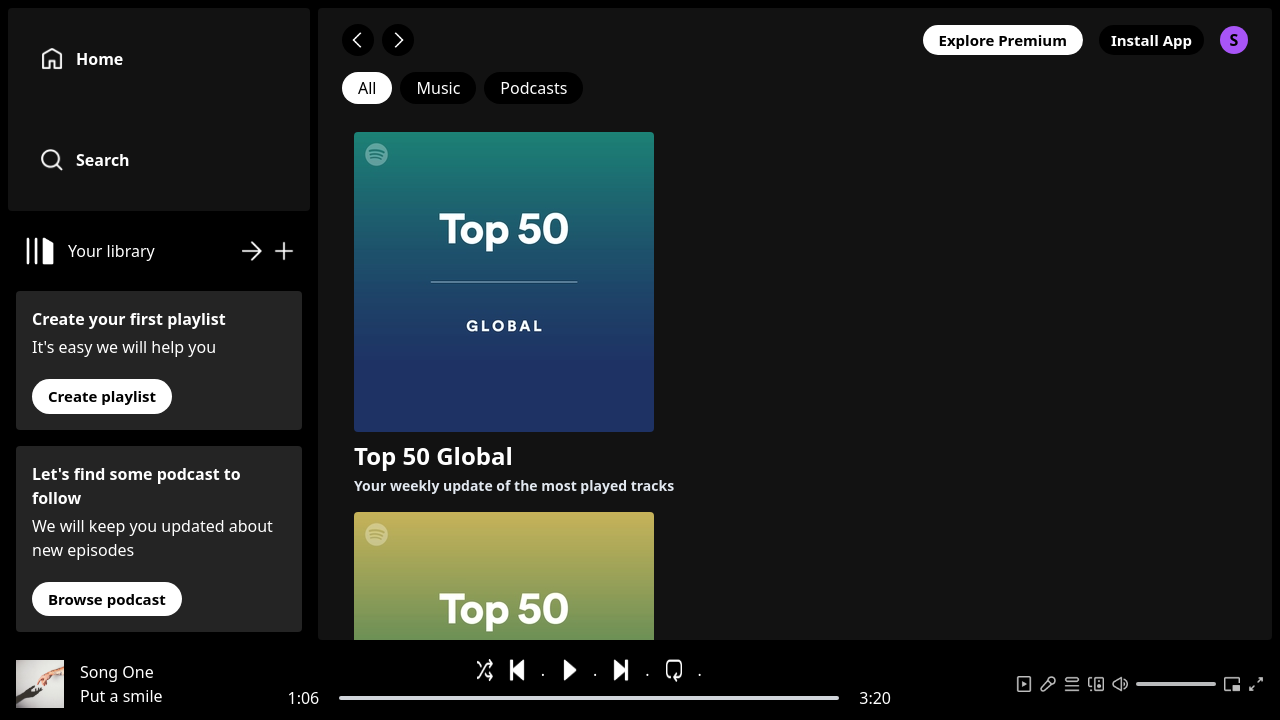
Repository: duttasayan835/Spotify_clone
Page: /
An editor plug-in stored every save of this project. The page is shown before and after the next save, followed by the edit.
The browser window is 1280 px wide. The pictures show the whole page.
An inner scrolling area shows only its first screen. The project was rebuilt for these pictures with package versions that can differ from the ones it lists, and the page was loaded fresh each time. Also part of the build but not shown: vite.config.js. Imported but missing from the stored project, and not drawn on this page: src/assets/song1.mp3, src/assets/song2.mp3, src/assets/song3.mp3.

Above is the page before, as saved 2024-08-09 23:41:48.

### src/main.jsx
import { StrictMode } from "react";
import { createRoot } from "react-dom/client";
import App from "./App.jsx";
import "./index.css";
// eslint-disable-next-line no-unused-vars
import { BrowserRouter } from "react-router-dom";

createRoot(document.getElementById("root")).render(
  <StrictMode>
    <BrowserRouter>
      <App />
    </BrowserRouter>
  </StrictMode>
);

### src/App.jsx
//<<<<<<< ⌬ Tabnine Instruct <<<<<<<
// eslint-disable-next-line no-unused-vars
import React from "react";
//>>>>>>> ⌬ Tabnine Instruct >>>>>>>
import Sidebar from "./Components/Sidebar";
import Player from "./Components/Player";
import Display from "./Components/Display";
const App = () => {
  return (
    <div className="h-screen bg-black">
      <div className="h-[90%] flex">
        <Sidebar />
        <Display />
      </div>
      <Player />
    </div>
  );
};

export default App;

### src/Components/Sidebar.jsx
// eslint-disable-next-line no-unused-vars
import React from "react";
import { assets } from "../assets/assets";
import { useNavigate } from "react-router-dom";
const sidebar = () => {
  const navigate = useNavigate();
  return (
    <div className="w-[25%] h-full p-2 flex-col gap-2 text-white hidden lg:flex ">
      <div className="bg-[#121212] h-[50%] rounded flex flex-col justify-around">
        <div
          onClick={() => navigate("/")}
          className="flex items-center gap-3 pl-8 cursor-pointer"
        >
          <img className="w-6" src={assets.home_icon} alt="" />
          <p className="font-bold ">Home</p>
        </div>
        <div className="flex items-center gap-3 pl-8 cursor-pointer">
          <img className="w-6" src={assets.search_icon} alt="" />
          <p className="font-bold ">Search</p>
        </div>
      </div>
      <div className="bg-[#121212 h-[85%] rounded">
        <div className="flex items-center justify-between p-4">
          <div className="flex items-center gap-3">
            <img className="w-8 " src={assets.stack_icon} alt="" />
            <p className="font">Your library</p>
          </div>
          <div className="flex items-center gap-3">
            <img className="w-5" src={assets.arrow_icon} alt="" />
            <img className="w-5" src={assets.plus_icon} alt="" />
          </div>
        </div>
        <div className="p-4 bg-[#242424] m-2 rounded font-semibold flex flex-col items-start justify-start gap-1 pl-4 ">
          <h1>Create your first playlist</h1>
          <p className="font-light">It's easy we will help you</p>
          <button className="px-4 py-1.5 bg-white text-[15px] text-black rounded-full mt-4">
            Create playlist
          </button>
        </div>
        <div className="p-4 bg-[#242424] m-2 rounded font-semibold flex flex-col items-start justify-start gap-1 pl-4 mt-4">
          <h1>Let's find some podcast to follow</h1>
          <p className="font-light">
            We will keep you updated about new episodes
          </p>
          <button className="px-4 py-1.5 bg-white text-[15px] text-black rounded-full mt-4">
            Browse podcast
          </button>
        </div>
      </div>
    </div>
  );
};

export default sidebar;

### src/Components/Player.jsx
// eslint-disable-next-line no-unused-vars
import React from "react";
import { assets, songsData } from "../assets/assets";

const Player = () => {
  return (
    <div className="h-[10%] bg-black flex justify-between items-center text-white px-4 ">
      <div className="hidden gap-4 lg:flex item-center ">
        <img className="w-12" src={songsData[0].image} alt="" />
        <div>
          <p>{songsData[0].name}</p>
          <p>{songsData[0].desc.slice(0, 12)}</p>
        </div>
      </div>
      <div className="flex flex-col items-center gap-1 m-auto">
        <div className="flex gap-4">
          <img
            className="w-4 cursor-pointer"
            src={assets.shuffle_icon}
            alt=""
          />
          <img className="w-4 cursor-pointer" src={assets.prev_icon} alt="" />.
          <img className="w-4 cursor-pointer" src={assets.play_icon} alt="" />.
          <img className="w-4 cursor-pointer" src={assets.next_icon} alt="" />.
          <img className="w-4 cursor-pointer" src={assets.loop_icon} alt="" />.
        </div>
        <div className="flex items-center gap-5">
          <p>1:06</p>
          <div className="w-[60vw] max-w-[500px] bg-gray-300 rounded-full cursor-pointer">
            <hr className="w-0 h-1 bg-green-800 border-none rounded-full " />
          </div>
          <p>3:20</p>
        </div>
      </div>
      <div className="items-center hidden gap-2 opacity-75 lg:flex">
        <img className="w-4" src={assets.plays_icon} alt="" />
        <img className="w-4" src={assets.mic_icon} alt="" />
        <img className="w-4" src={assets.queue_icon} alt="" />
        <img className="w-4" src={assets.speaker_icon} alt="" />
        <img className="w-4" src={assets.volume_icon} alt="" />
        <div className="w-20 h-1 rounded bg-slate-50"></div>
        <img className="w-4" src={assets.mini_player_icon} alt="" />
        <img className="w-4" src={assets.zoom_icon} alt="" />
      </div>
    </div>
  );
};

export default Player;

### src/Components/Display.jsx
// eslint-disable-next-line no-unused-vars
import React from "react";
import { Route, Routes } from "react-router-dom";
import DisplayHome from "./DisplayHome";

const Display = () => {
  return (
    <div className="w-[100%] m-2 px-6 pt-4 rounded bg-[#121212] text-white overflow-auto lg:w-[75%] lg:ml-0">
      <Routes>
        <Route path="/" element={<DisplayHome />} />
      </Routes>
    </div>
  );
};

export default Display;

### src/assets/assets.js
import bell_icon from "./bell.png";
import home_icon from "./home.png";
import like_icon from "./like.png";
import loop_icon from "./loop.png";
import mic_icon from "./mic.png";
import next_icon from "./next.png";
import play_icon from "./play.png";
import pause_icon from "./pause.png";
import plays_icon from "./plays.png";
import prev_icon from "./prev.png";
import search_icon from "./search.png";
import shuffle_icon from "./shuffle.png";
import speaker_icon from "./speaker.png";
import stack_icon from "./stack.png";
import zoom_icon from "./zoom.png";
import plus_icon from "./plus.png";
import arrow_icon from "./arrow.png";
import mini_player_icon from "./mini-player.png";
import queue_icon from "./queue.png";
import volume_icon from "./volume.png";
import arrow_right from "./right_arrow.png";
import arrow_left from "./left_arrow.png";
import spotify_logo from "./spotify_logo.png";
import clock_icon from "./clock_icon.png";
import img1 from "./img1.jpg";
import img2 from "./img2.jpg";
import img3 from "./img3.jpg";
import img4 from "./img4.jpg";
import img5 from "./img5.jpg";
// eslint-disable-next-line no-unused-vars
import img6 from "./img6.jpg";
import img7 from "./img7.jpg";
import img8 from "./img8.jpg";
import img9 from "./img9.jpg";
import img10 from "./img10.jpg";
import img11 from "./img11.jpg";
import img12 from "./img12.jpg";
// eslint-disable-next-line no-unused-vars
import img13 from "./img13.jpg";
import img14 from "./img14.jpg";
import img15 from "./img15.jpg";
import img16 from "./img16.jpg";
import song1 from "./song1.mp3";
import song2 from "./song2.mp3";
import song3 from "./song3.mp3";

export const assets = {
  bell_icon,
  home_icon,
  like_icon,
  loop_icon,
  mic_icon,
  next_icon,
  play_icon,
  plays_icon,
  prev_icon,
  search_icon,
  shuffle_icon,
  speaker_icon,
  stack_icon,
  zoom_icon,
  plus_icon,
  arrow_icon,
  mini_player_icon,
  volume_icon,
  queue_icon,
  pause_icon,
  arrow_left,
  arrow_right,
  spotify_logo,
  clock_icon,
};

export const albumsData = [
  {
    id: 0,
    name: "Top 50 Global",
    image: img8,
    desc: "Your weekly update of the most played tracks",
    bgColor: "#2a4365",
  },
  {
    id: 1,
    name: "Top 50 India",
    image: img9,
    desc: "Your weekly update of the most played tracks",
    bgColor: "#22543d",
  },
  {
    id: 2,
    name: "Trending India",
    image: img10,
    desc: "Your weekly update of the most played tracks",
    bgColor: "#742a2a",
  },
  {
    id: 3,
    name: "Trending Global",
    image: img16,
    desc: "Your weekly update of the most played tracks",
    bgColor: "#44337a",
  },
  {
    id: 4,
    name: "Mega Hits,",
    image: img11,
    desc: "Your weekly update of the most played tracks",
    bgColor: "#234e52",
  },
  {
    id: 5,
    name: "Happy Favorites",
    image: img15,
    desc: "Your weekly update of the most played tracks",
    bgColor: "#744210",
  },
];

export const songsData = [
  {
    id: 0,
    name: "Song One",
    image: img1,
    file: song1,
    desc: "Put a smile on your face with these happy tunes",
    duration: "3:00",
  },
  {
    id: 1,
    name: "Song Two",
    image: img2,
    file: song2,
    desc: "Put a smile on your face with these happy tunes",
    duration: "2:20",
  },
  {
    id: 2,
    name: "Song Three",
    image: img3,
    file: song3,
    desc: "Put a smile on your face with these happy tunes",
    duration: "2:32",
  },
  {
    id: 3,
    name: "Song Four",
    image: img4,
    file: song1,
    desc: "Put a smile on your face with these happy tunes",
    duration: "2:50",
  },
  {
    id: 4,
    name: "Song Five",
    image: img5,
    file: song2,
    desc: "Put a smile on your face with these happy tunes",
    duration: "3:10",
  },
  {
    id: 5,
    name: "Song Six",
    image: img14,
    file: song3,
    desc: "Put a smile on your face with these happy tunes",
    duration: "2:45",
  },
  {
    id: 6,
    name: "Song Seven",
    image: img7,
    file: song1,
    desc: "Put a smile on your face with these happy tunes",
    duration: "2:18",
  },
  {
    id: 7,
    name: "Song Eight",
    image: img12,
    file: song2,
    desc: "Put a smile on your face with these happy tunes",
    duration: "2:35",
  },
];

### src/Components/DisplayHome.jsx
// eslint-disable-next-line no-unused-vars
import React from "react";
import Navbar from "./Navbar";
import { albumsData } from "../assets/assets";
import AlbumItem from "./AlbumItem";
const DisplayHome = () => {
  return (
    <>
      <Navbar />
      <div className="my-5 text-2xl font-bold ">
        {albumsData.map((item, index) => (
          <AlbumItem
            key={index}
            name={item.name}
            desc={item.desc}
            id={item.id}
            image={item.image}
          />
        ))}
      </div>
    </>
  );
};

export default DisplayHome;

### src/Components/Navbar.jsx
// eslint-disable-next-line no-unused-vars
import React from "react";
import { assets } from "../assets/assets";
const Navbar = () => {
  return (
    <>
      <div className="flex items-center justify-between w-full font-semibold">
        <div className="flex items-center gap-2">
          <img
            className="w-8 p-2 bg-black cursor-pointer rounded-2xl"
            src={assets.arrow_left}
            alt=""
          />
          <img
            className="w-8 p-2 bg-black cursor-pointer rounded-2xl"
            src={assets.arrow_right}
            alt=""
          />
        </div>
        <div className="flex items-center gap-4">
          <p className="bg-white text-black text-[15px] px-4 py-1 rounded-2xl hidden md:block cursor-pointer">
            Explore Premium
          </p>
          <p className="bg-black py-1 px-3 rounded-2xl text-[15px] cursor-pointer ">
            Install App
          </p>
          <p className="flex items-center justify-center text-black bg-purple-500 rounded-full w-7 h-7">
            S
          </p>
        </div>
      </div>
      <div className="flex items-center gap-2 mt-4">
        <p className="px-4 py-1 text-black bg-white cursor-pointer rounded-2xl">
          All
        </p>
        <p className="px-4 py-1 bg-black cursor-pointer rounded-2xl">Music</p>
        <p className="px-4 py-1 bg-black cursor-pointer rounded-2xl ">
          Podcasts
        </p>
      </div>
    </>
  );
};

export default Navbar;

### src/Components/AlbumItem.jsx
// eslint-disable-next-line no-unused-vars
import React from "react";

const AlbumItem = ({ image, name, desc, id }) => {
  return (
    <div className="min-w-[180px] p-2 px-3 rounded cursor-pointer hover:bg[#ffffff26">
      <img className="rounded" src={image} alt="" />
      <p className="mt-2 mb-1 font-bold ">{name}</p>
      <p className="text-sm text-slate-200">{desc}</p>
    </div>
  );
};

export default AlbumItem;

Loaded but not shown: src/index.css (common file); tailwind.config.js (common file)

After the next save:
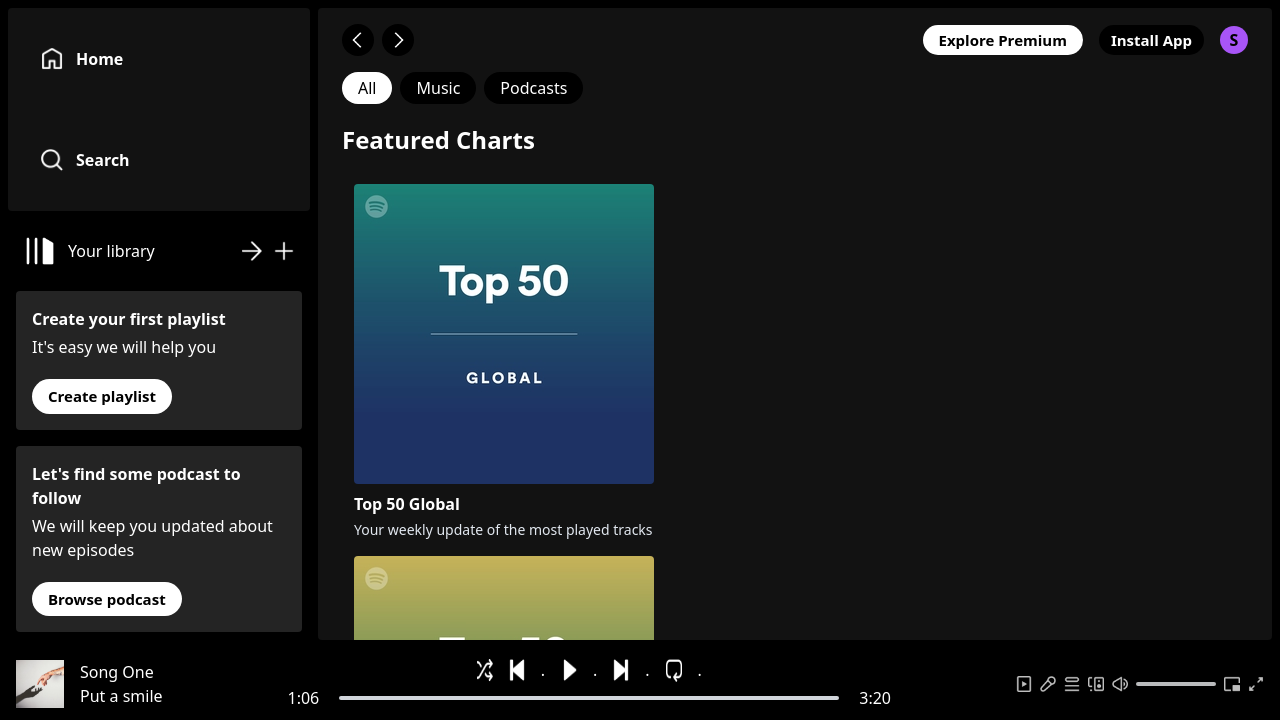
Saved 2 min 3 s later.
--- a/src/Components/DisplayHome.jsx
+++ b/src/Components/DisplayHome.jsx
@@ -7,7 +7,9 @@
   return (
     <>
       <Navbar />
-      <div className="my-5 text-2xl font-bold ">
+      <div className="mb-4">
+        <h1 className="my-5 text-2xl font-bold ">Featured Charts</h1>
+        <div className="flex overflow-auto"></div>
         {albumsData.map((item, index) => (
           <AlbumItem
             key={index}
